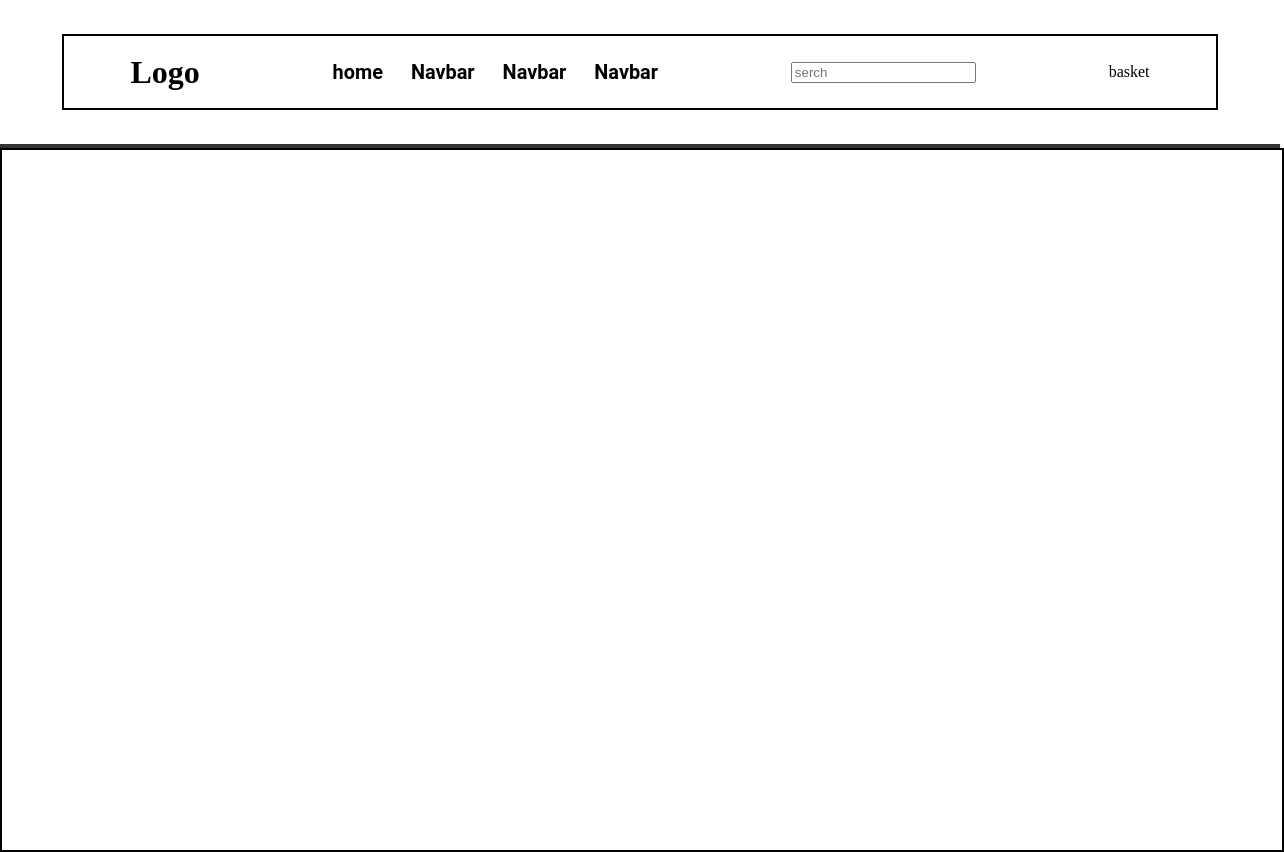
Repository: Islam432/Islam-and-Arsi---team
Page: /
An editor plug-in stored every save of this project. The page is shown before and after a run of saves, followed by the edit.
The browser window is 1280 px wide. The page is 1284 px wide, then 1280 px, so the pictures cover 1284 px, including what lies to the right of the window. The pictures show the whole page.
The project was rebuilt for these pictures with package versions that can differ from the ones it lists, and the page was loaded fresh each time. Also part of the build but not shown: vite.config.js, src/App.css, src/components/Comp/Comp.jsx.

Above is the page before, as saved 2023-03-11 22:59:02.

After the next 2 saves:
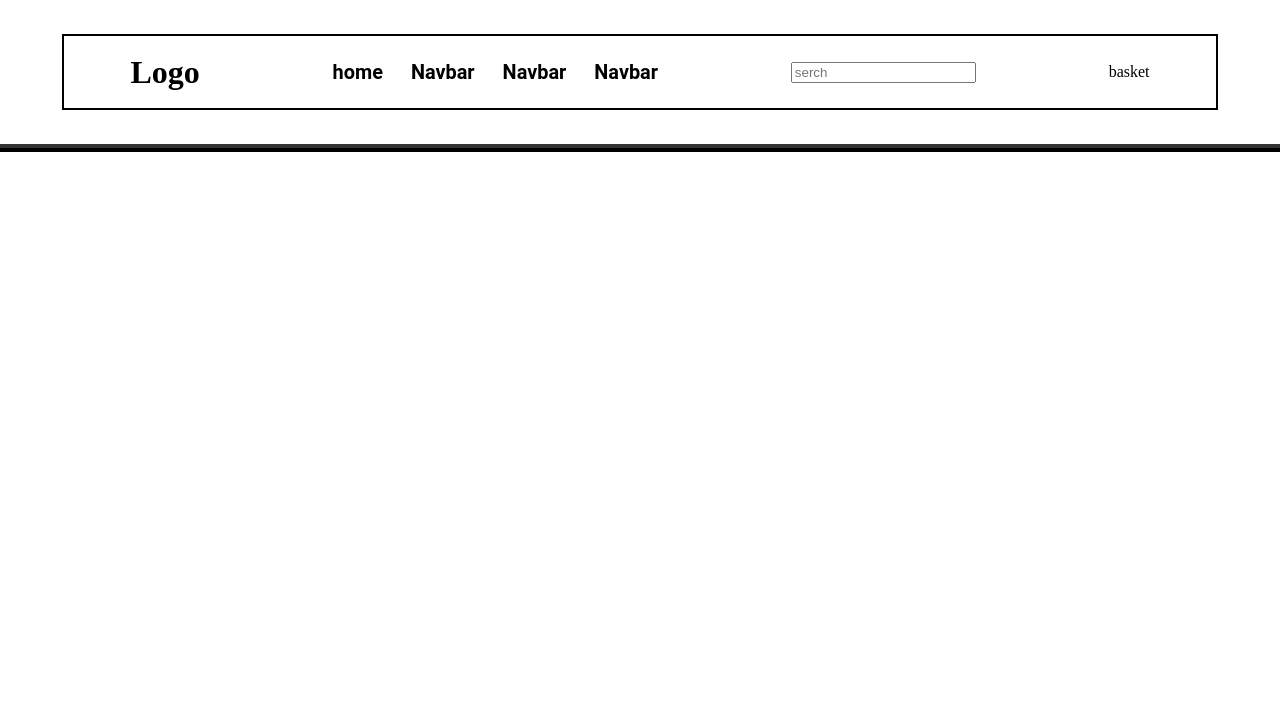
The 2 saves are shown as one change because they came seconds apart.
The last was saved 6 s later.
--- a/src/components/Home/Home.module.css
+++ b/src/components/Home/Home.module.css
@@ -1,7 +1,7 @@
 .cont{
     margin: 0;
-    width: 100%;
-    height: 700px;
+
+
   border: 2px solid black;
 }
 s
